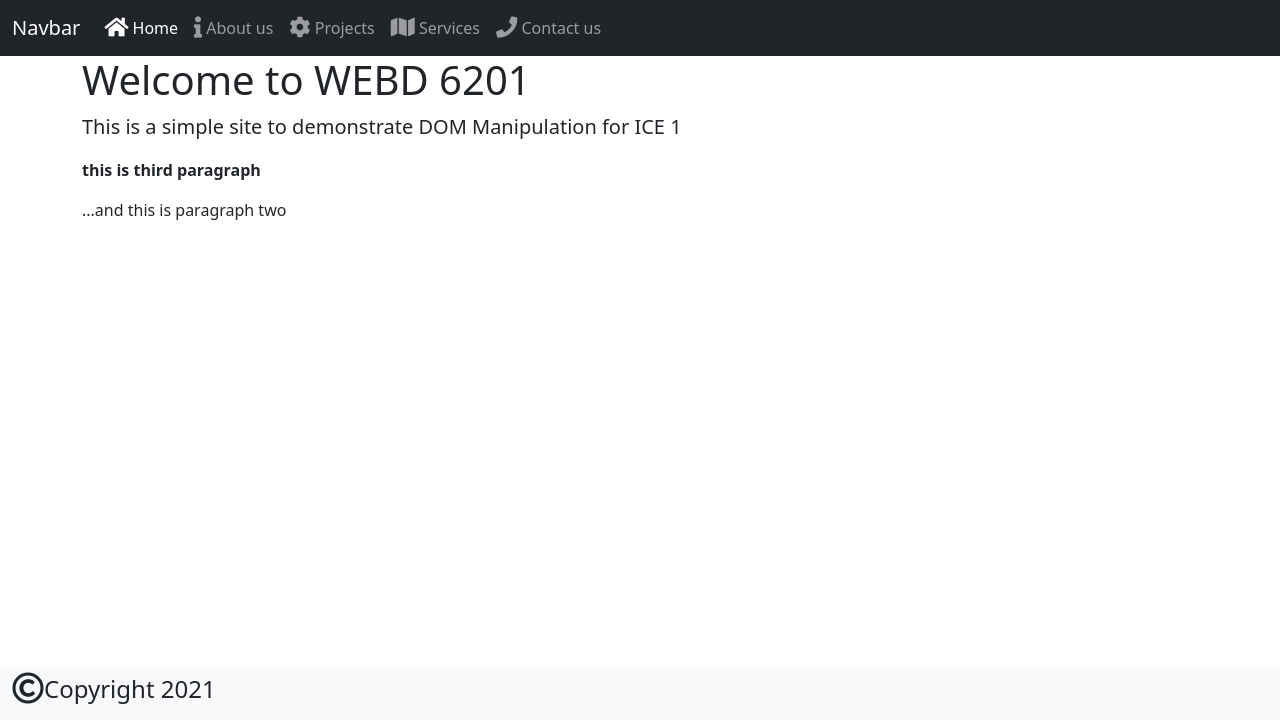
Repository: Hasib001/WEBD6201---W2021---ICE-1
Page: index.html
An editor plug-in stored every save of this project. The page is shown before and after the next save, followed by the edit.
The browser window is 1280 px wide. The pictures show the whole page.

Above is the page before, as saved 2021-02-06 13:36:57.

After the next save:
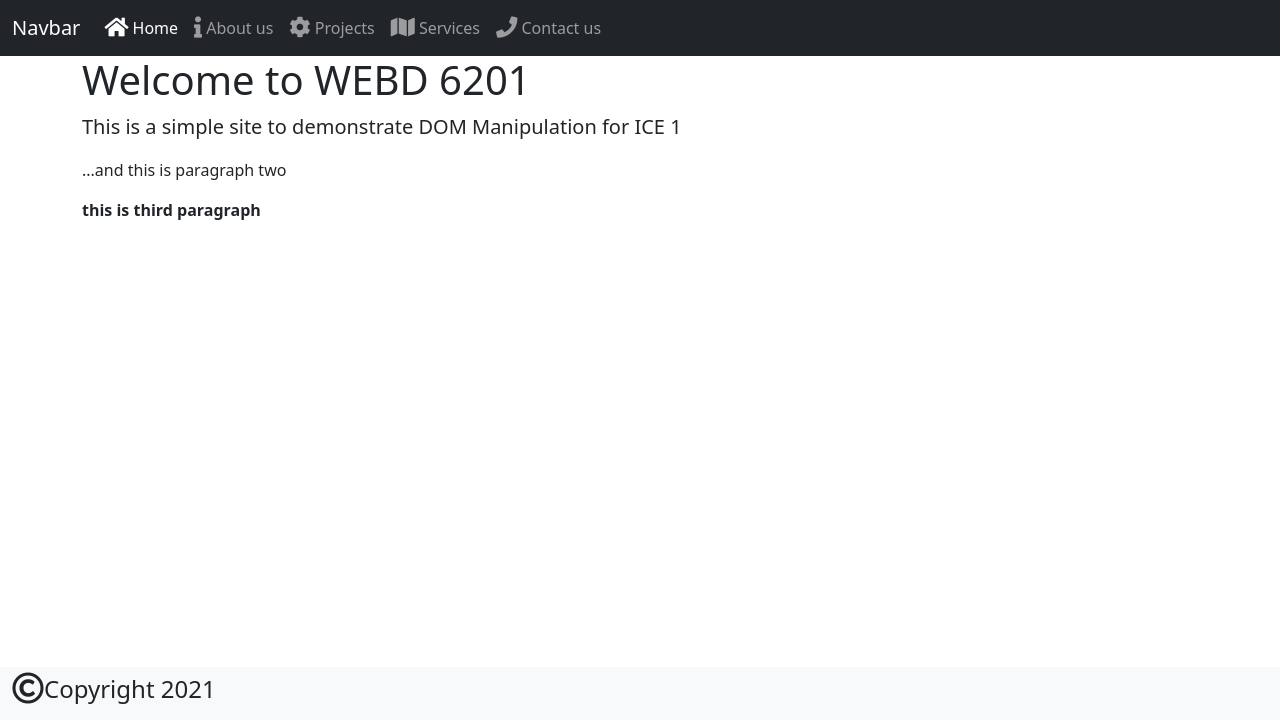
Saved 86 s later.
--- a/Scripts/app.js
+++ b/Scripts/app.js
@@ -40,8 +40,12 @@
          paragraphDiv.innerHTML=paragraphThree;
 
 
-        //insertion
-        newParagraph.before(paragraphDiv);
+        //insertion before paragraph
+        //newParagraph.before(paragraphDiv);
+
+        newParagraph.after(paragraphDiv);
+
+
 
 
 
